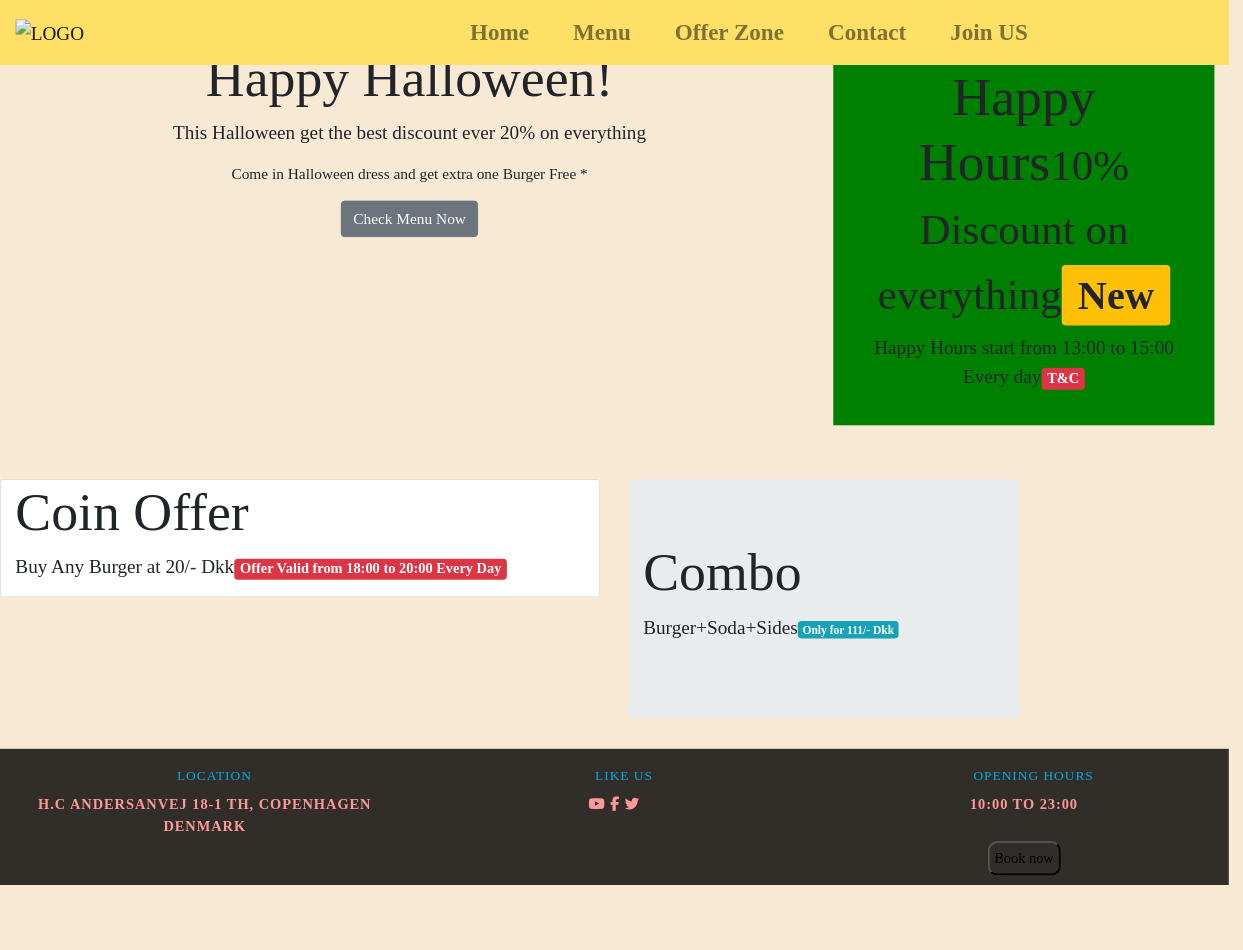
Repository: HMTRIVEDI/project-one
Page: offerzone.html
The author's editor kept a record of every edit. The page is drawn from the files as they stood at one moment, then again after the next edit.
The browser window is 1280 px wide. The page is 1295 px wide, so the pictures cover 1295 px, including what lies to the right of the window. The pictures show the whole page, at 96% of full size.
Some web fonts or font styles are not loaded; a fallback is used. Some web libraries are served in a nearby version.

Above is the page before.

After the next edit:
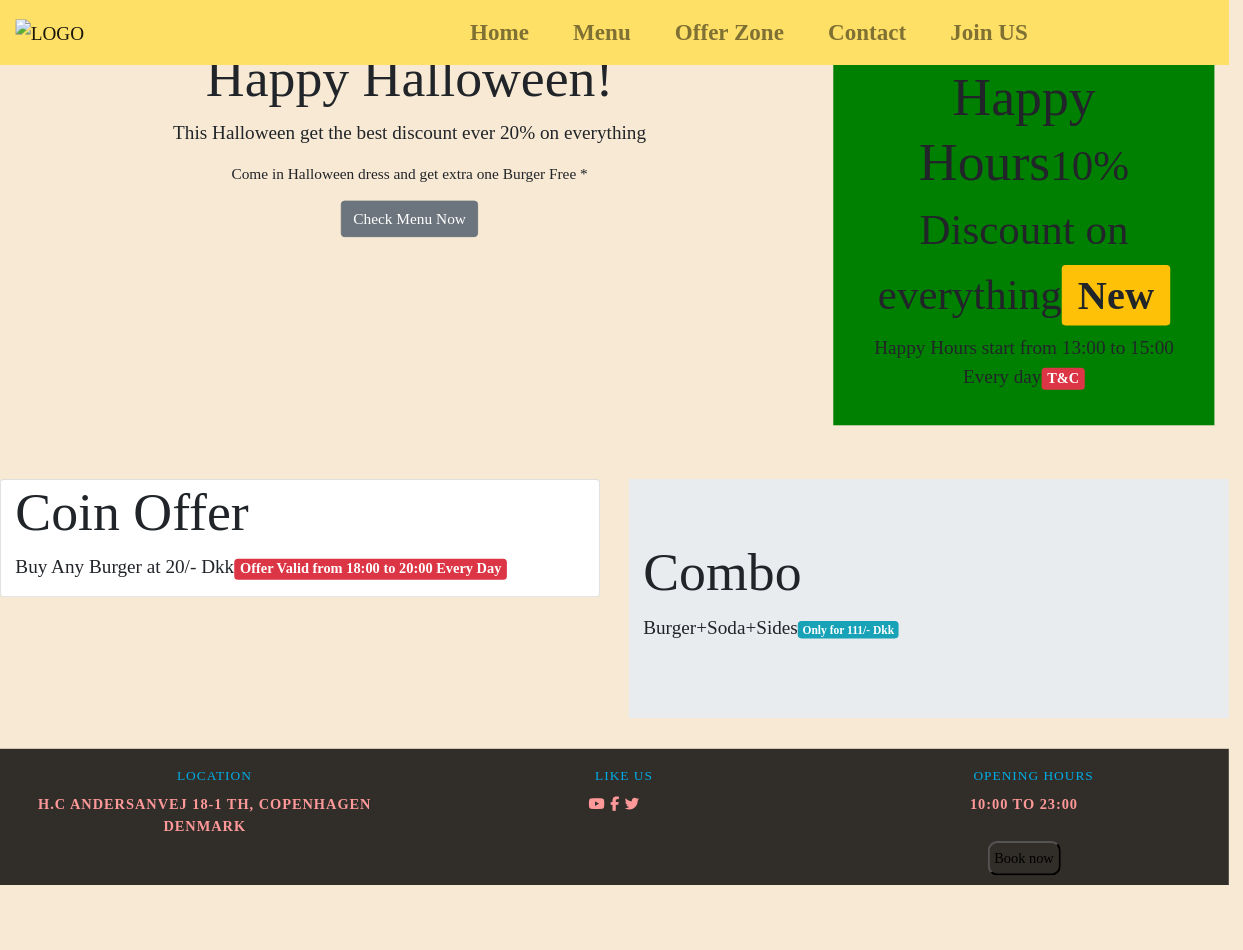
The edit:
--- a/offerzone.html
+++ b/offerzone.html
@@ -83,7 +83,7 @@
         </div>
       </div>
     </div>
-    <div class="col-sm-4">
+    <div class="col-sm-6">
       <div class="jumbotron jumbotron-fluid">
         <div class="container">
           <h1 class="display-4">Combo</h1>
